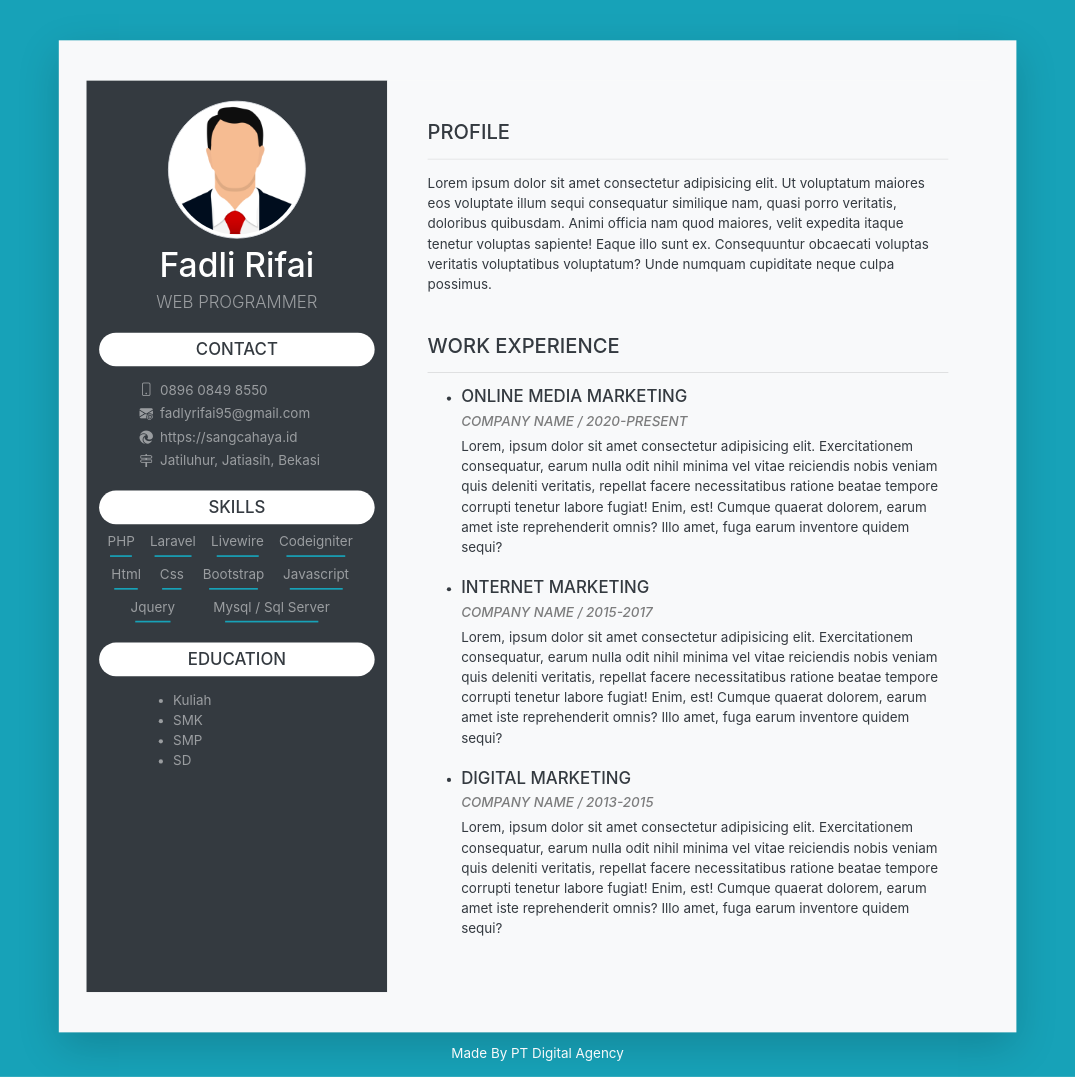
Repository: fadlyyy/fadlyyy.github.io
Page: index.html
These files come from the project's save history. The page is drawn as it stood at one moment and after the next save; the edit follows.
The browser window is 1280 px wide. The pictures show the whole page, at 84% of full size.

Above is the page before, as saved 2024-01-31 07:56:37.

After the next save:
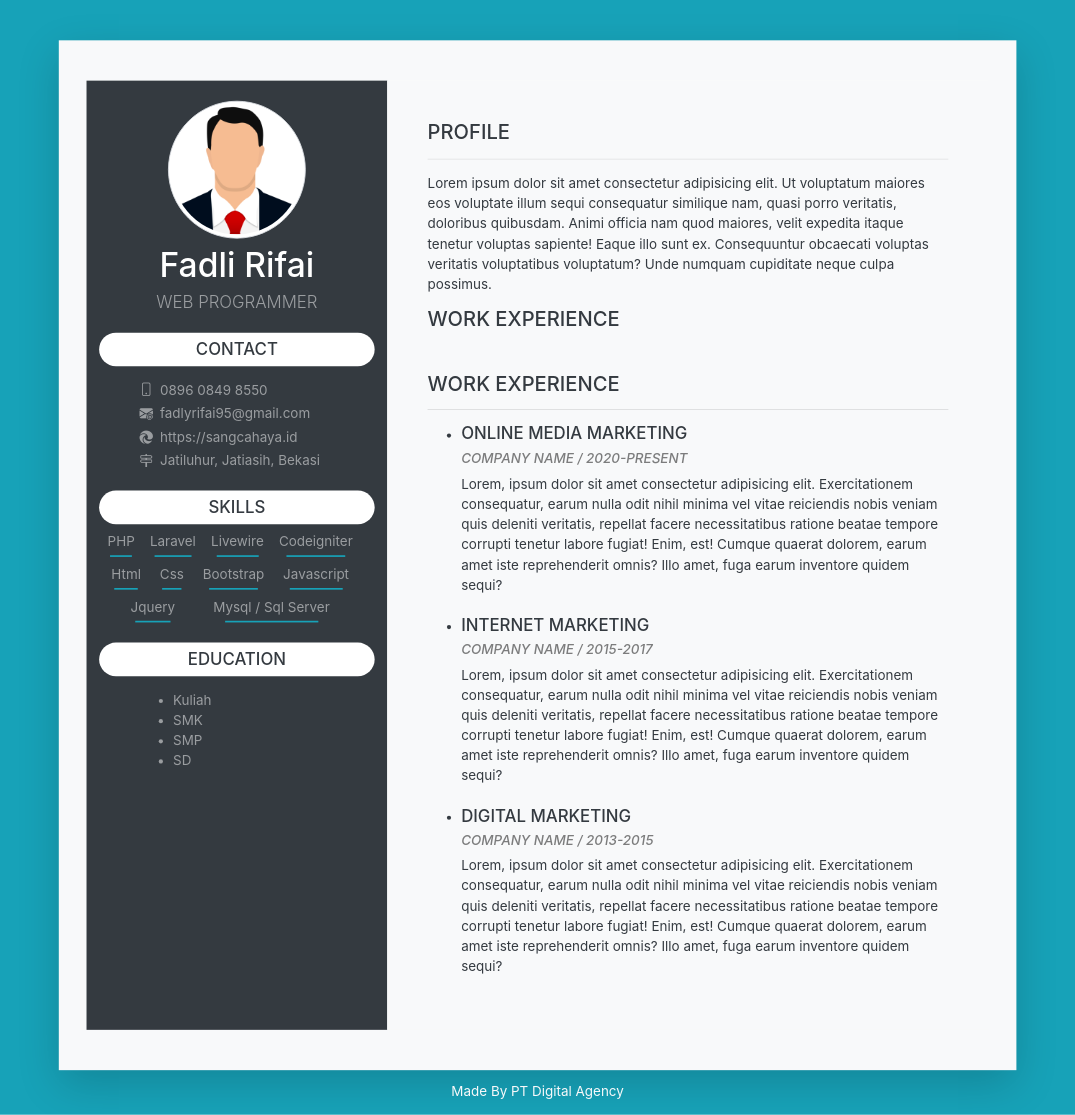
Saved 16 s later.
--- a/index.html
+++ b/index.html
@@ -99,7 +99,7 @@
                     </div>
 
                     <div class="work-experience">
-
+                         <h4 class="text-uppercase">work experience</h4>
                     </div>
 
                     <div class="mt-5">
